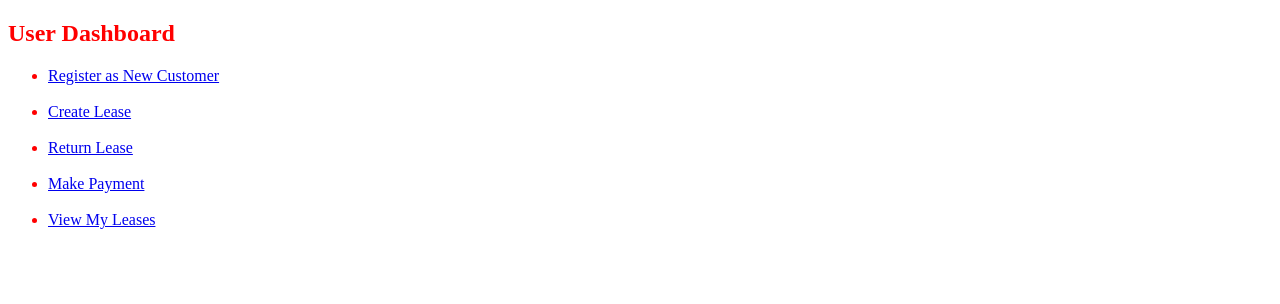
Repository: NirmalyaSatapathy/NirmalyaSatapathyProjects
Page: CarRental/CarRental/src/main/webapp/user.html
An editor plug-in stored every save of this project. The page is shown before and after the next save, followed by the edit.
The browser window is 1280 px wide. The pictures show the whole page.

Above is the page before, as saved 2025-05-05 06:21:27.

After the next save:
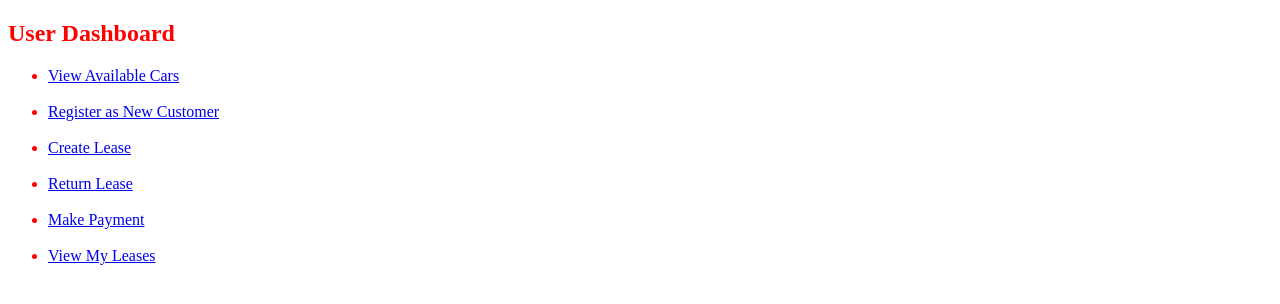
Saved 15 min 2 s later.
--- a/CarRental/CarRental/src/main/webapp/user.html
+++ b/CarRental/CarRental/src/main/webapp/user.html
@@ -7,6 +7,7 @@
 <body style="color:red;">
 	 <h2>User Dashboard</h2>
     <ul>
+   		 <li><a href="viewCar.html">View Available Cars</a></li><br>
         <li><a href="addCustomer.html">Register as New Customer</a></li><br>
         <li><a href="createLease.html">Create Lease</a></li><br>
         <li><a href="returnCar.html">Return Lease</a></li><br>
